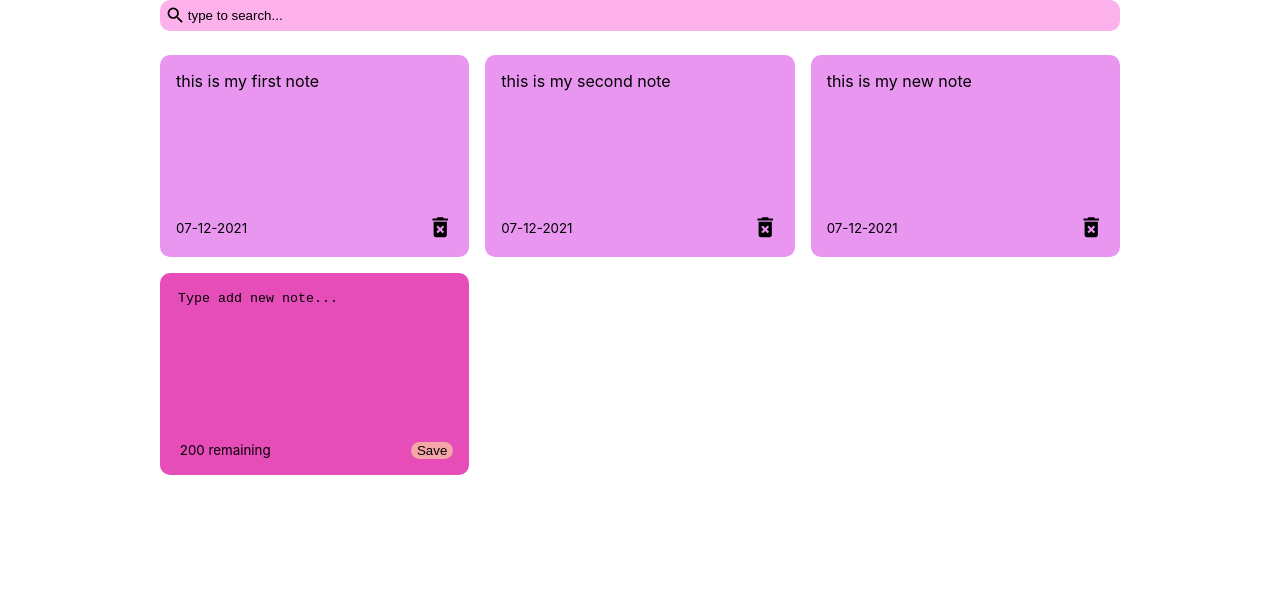
Repository: DeraBola/react-notes-app
Page: /
An editor plug-in stored every save of this project. The page is shown before and after a run of saves, followed by the edit.
The browser window is 1280 px wide. The pictures show the whole page.
The project was rebuilt for these pictures with package versions that can differ from the ones it lists, and the page was loaded fresh each time.

Above is the page before, as saved 2022-08-02 15:37:35.

### src/index.js
import React from 'react';
import ReactDOM from 'react-dom/client';
import './index.css';
import App from './App';


const root = ReactDOM.createRoot(document.getElementById('root'));
root.render(
  <React.StrictMode>
    <App />
  </React.StrictMode>
);

### src/index.css
body {
    margin: 0;
    font-family: -apple-system, BlinkMacSystemFont, 'Segoe UI', 'Roboto', 'Oxygen', 'Ubuntu', 'Cantarell', 'Fira Sans', 'Droid Sans', 'Helvetica Neue', sans-serif;
    -webkit-font-smoothing: antialiased;
    -moz-osx-font-smoothing: grayscale;
}

code {
    font-family: source-code-pro, Menlo, Monaco, Consolas, 'Courier New', monospace;
}

.container {
    max-width: 960px;
    margin-right: auto;
    margin-left: auto;
    padding-right: 15px;
    padding-left: 15px;
}

.notes-list {
    display: grid;
    grid-gap: 1rem;
    grid-template-columns: repeat(auto-fit, minmax(250px, 1fr));
}

.note {
    background-color: #e996f1;
    border-radius: 10px;
    padding: 1rem;
    min-height: 170px;
    display: flex;
    flex-direction: column;
    justify-content: space-between;
    white-space: pre-wrap;
}

.note-footer {
    display: flex;
    align-items: center;
    justify-content: space-between;
}

.note.new {
    background-color: #e74db9;
}

textarea {
    border: none;
    resize: none;
    background-color: #e74db9;
}

::placeholder {
    color: black;
}

textarea:focus {
    outline: none;
}

.save {
    background-color: #f4a6a8;
    border: none;
    border-radius: 15px;
    padding: 5px 10px5px10px;
}

.save:hover {
    background-color: #fa5d62;
    cursor: pointer;
}

.delete-icon {
    cursor: pointer;
}

.search {
    display: flex;
    align-items: center;
    background-color: #fdb1ea;
    border-radius: 10px;
    padding: 5px;
    margin-bottom: 1.5em;
}

.search input {
    border: none;
    background-color: #fdb1ea;
}

.search input:focus {
    outline: none;
}

### src/App.js
import NotesList from './components/NotesList';
import Search from './components/Search';
import { useState }  from 'react';
import { nanoid }  from 'nanoid';
 const App = () =>{
   const [notes, setNotes] = useState([
     {
    id: nanoid(),
     text: "this is my first note",
     date:"07-12-2021",
   },
   {
    id: nanoid(),
     text: "this is my second note",
     date:"07-12-2021",
   },
   {
    id: nanoid(),
     text: "this is my new note",
     date:"07-12-2021",
   },
  ]);

const addNote = (text) => {
  const date = new Date();
  const newNote = {
    id: nanoid(),
    text: text,
    date: date.toLocaleDateString()
  }
  const newNotes = [...notes, newNote];
  setNotes(newNotes);
};

const [searchText, setSearchText] = useState('');

const deleteNote = (id) => {
  const newNotes = notes.filter((note) => note.id !== id);
  setNotes(newNotes);
}

   return(
    <div className="container" >
      <Search handleSearchNote={setSearchText} />
      <NotesList
      notes={notes.filter((note) =>
        note.text.toLowerCase().includes(searchText)
        )}
       handleAddNote={addNote}
       handleDeleteNote={deleteNote}
       />
    </div>
   )
 }

 export default App;

### src/components/NotesList.js
import Note from './Note';
import AddNote from './AddNote';

const NotesList  = ({ notes, handleAddNote, handleDeleteNote }) => {
return(
    <div className="notes-list">
        {notes.map((note) => (
        <Note
         id={note.id}
         text={note.text}
         date={note.date}
         handleDeleteNote={handleDeleteNote}
         />
         ))}
         <AddNote handleAddNote={handleAddNote}/>
    </div>
);
};

export default NotesList;

### src/components/Search.js
import React from 'react';
import { MdSearch } from 'react-icons/md'

const Search = ({handleSearchNote}) =>{
    return(
        <div className='search'>
            <MdSearch className="search-icons" size="1.3em" />
            <input
            onChange={(event) => handleSearchNote(event.target.value)
            }
            type='text'
            placeholder='type to search...' />
        </div>
    )
};

export default Search;

### src/components/Note.js

import { MdDeleteForever } from 'react-icons/md'

const Note  = ( {id, text, date, handleDeleteNote} ) => {
    return(
        <div className='note'>
             <span>{ text }</span>
             <div className="note-footer">
                <small>{ date }</small>
                <MdDeleteForever
                onClick={() => handleDeleteNote(id)}
                className='delete-icon' size='0.7cm' />
             </div>
        </div>
    );
    };

    export default Note;

### src/components/AddNote.js
import { useState }  from 'react';
const AddNote  = ({ handleAddNote }) => {
    const [noteText, setNoteText] = useState('');

    const characterLimit = 200;

    const handleChange = (event) =>{
        if(characterLimit - event.target.value.length >= 0){
            setNoteText(event.target.value);
        }
    };

    const handleSaveClick = () =>{
        if(noteText.trim().length > 0){
            handleAddNote(noteText);
            setNoteText('');
        }
    };

return(
    <div className="note new">
         <textarea
         rows="8" cols="10" placeholder='Type add new note...'
         value={noteText}
         onChange={handleChange}
         ></textarea>
         <div  className='note-footer' >
             <small> {characterLimit - noteText.length} remaining</small>
             <button className='save' onClick={handleSaveClick} >Save</button>
         </div>
    </div>
);
};

export default AddNote ;

### src/components/Header.js
import React from "react";

const Header = () => {
  return <div className="header">
<h1>Notes</h1>
<button  className="save">Toggle Mode</button>
  </div>;
};
export default Header;

Loaded but not shown: public/index.html (common file)

After the next 5 saves:
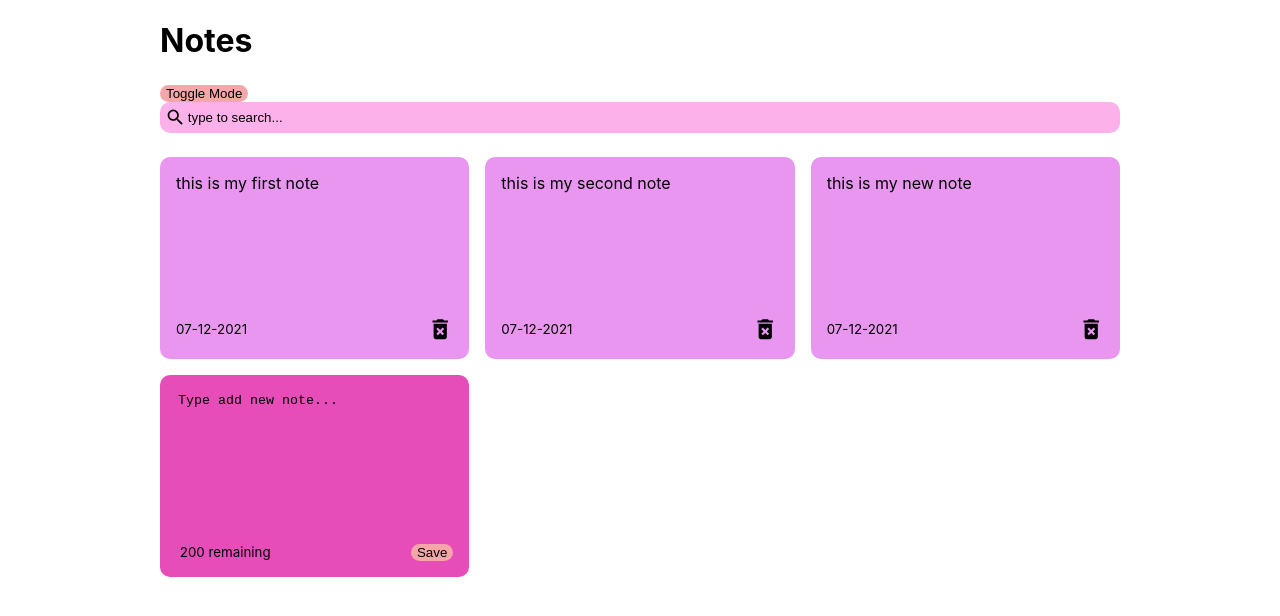
The 5 saves are shown as one change because 3 did not build or start and some came seconds apart.
The last was saved 2 min 58 s later.
--- a/src/App.js
+++ b/src/App.js
@@ -1,3 +1,4 @@
+import Header from './components/Header';
 import NotesList from './components/NotesList';
 import Search from './components/Search';
 import { useState }  from 'react';
@@ -41,6 +42,7 @@ const deleteNote = (id) => {
 
    return(
     <div className="container" >
+      <Header />
       <Search handleSearchNote={setSearchText} />
       <NotesList
       notes={notes.filter((note) =>
